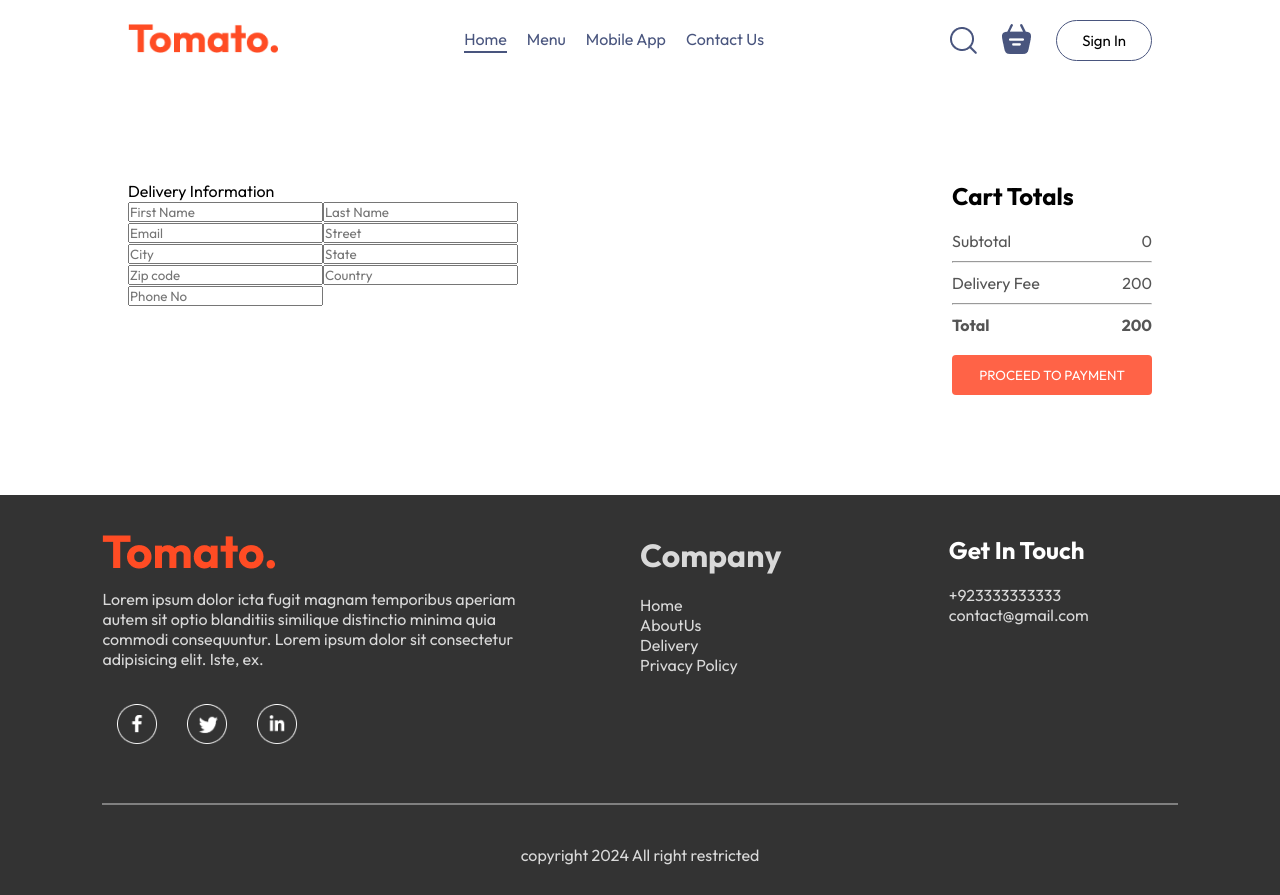
Repository: Attar786/Food-ordering-app
Page: /order (app in frontend/)
The author's editor kept a copy of each file at every save. The page is drawn from the files as they stood at one save, then again after the next save.
The browser window is 1280 px wide. The pictures show the whole page.
The project was rebuilt for these pictures with package versions that can differ from the ones it lists, and the page was loaded fresh each time. Also part of the build but not shown: frontend/vite.config.js, frontend/src/components/Header/Header.css, frontend/src/components/Header/Header.jsx, frontend/src/components/ExploreMenu/ExploreMenu.css, frontend/src/components/ExploreMenu/ExploreMenu.jsx, frontend/src/components/FoodDisplay/FoodDisplay.css, frontend/src/components/FoodItem/FoodItem.css, frontend/src/components/FoodItem/FoodItem.jsx and 7 more.

Above is the page before, as saved 2024-07-30 20:44:08.

### frontend/src/main.jsx
import ReactDOM from 'react-dom/client'
import App from './App.jsx'
import './index.css'
import {BrowserRouter} from 'react-router-dom'
import StoreContextProvider from './context/StoreContext.jsx'
ReactDOM.createRoot(document.getElementById('root')).render(
<BrowserRouter>

<StoreContextProvider>
<App />
</StoreContextProvider>

    </BrowserRouter>
)

### frontend/src/App.jsx
import './index.css'
import Navbar from "./components/Navbar/Navbar"
import Home from './pages/Home/Home'
import Cart from './pages/Cart/Cart'
import PlaceOrder from './pages/PlaceOrder/PlaceOrder'
import { Route, Routes } from 'react-router-dom'
import Footer from './components/Footer/Footer'

import LoginPopup from './components/LoginPopup/LoginPopup'
import { useState } from 'react'
function App() {
  const [showLogin, setShowLogin] = useState(false);

  return (
    <>
  {showLogin?<LoginPopup setShowLogin={setShowLogin}/>:<></>}
  <div className='app'>
  <Navbar setShowLogin = {setShowLogin} />
<Routes>
<Route path='/' element={<Home/>}/>
<Route path='/cart' element={<Cart/>}/>
<Route path='/order' element={<PlaceOrder/>}/>
</Routes>
  </div>
  <Footer/>
    </>
  )
}

export default App

### frontend/src/index.css
@import url('https://fonts.googleapis.com/css2?family=Outfit:wght@100..900&display=swap');


*{
margin: 0;
padding: 0;
 box-sizing: border-box;
 font-family: outfit;
 scroll-behavior: smooth;
}
body{
height: 100vh;
}
a{
text-decoration: none;
color : inherit;
}
.app{
    width: 80%;
    margin: auto;
}
@keyframes fadeIn{
    0%{
        opacity: 0;
    }
    100%{
        opacity: 1;
    }
}

### frontend/src/context/StoreContext.jsx
import "./StoreContext.css";
import { createContext,useState } from "react";
import { food_list } from "../assets/assets"; // Ensure this path is correct and food_list is correctly exported

export const StoreContext = createContext(null);

const StoreContextProvider = (props) => {
  const [cartItems, setCartItems] = useState({});

  const addToCart = (itemId) => {
    if (!cartItems[itemId]) {
      setCartItems((prev) => ({ ...prev, [itemId]: 1 }));
    } else {
      setCartItems((prev) => ({ ...prev, [itemId]: prev[itemId] + 1 }));
    }
  };

  const removeFromCart = (itemId) => {
    setCartItems((prev) => {
      const newCount = prev[itemId] - 1;
      if (newCount <= 0) {
        const { [itemId]: _, ...rest } = prev;
        return rest;
      } else {
        return { ...prev, [itemId]: newCount };
      }
    });
  };

  const getTotalCartAmount = () => {
    let totalAmount = 0;
    for (const item in cartItems) {
      if (cartItems[item] > 0) {
        let itemInfo = food_list.find((product)=>product._id === item);
        totalAmount += itemInfo.price * cartItems[item];
      }
    }
    return totalAmount;
  }

  // useEffect(() => {
  //   console.log(cartItems);
  // }, [cartItems]);

  const contextValue = {
    food_list,
    cartItems,
    setCartItems,
    addToCart,
    removeFromCart,
    getTotalCartAmount
  };

  return (
    <StoreContext.Provider value={contextValue}>
      {props.children}
    </StoreContext.Provider>
  );
};

export default StoreContextProvider;

### frontend/src/components/Navbar/Navbar.jsx
import { useContext, useState } from 'react';
import './Navbar.css';
import { assets } from '../../assets/assets';
import { Link } from 'react-router-dom'
import { StoreContext } from '../../context/StoreContext';
const Navbar = ({setShowLogin}) => {
  const [menu, setMenu] = useState("home");
  const { getTotalCartAmount}= useContext(StoreContext);
  const handleMenuClick = (menuItem) => {
    setMenu(menuItem);
  };

  return (
<>
<div className="navbar">
    <Link to='/'> <img src={assets.logo} alt="Logo" className="logo" /></Link>
      <ul className="navbar-menu">
        <Link to='/' onClick={() => handleMenuClick("home")} className={menu === "home" ? "active" : ""}>Home</Link>
        <a href='#explore-menu' onClick={() => handleMenuClick("menu")} className={menu === "menu" ? "active" : ""}>Menu</a>
        <a href='#app-download' onClick={() => handleMenuClick("mobile-app")} className={menu === "mobile-app" ? "active" : ""}>Mobile App</a>
        <a href='#footer' onClick={() => handleMenuClick("contact-us")} className={menu === "contact-us" ? "active" : ""}>Contact Us</a>
      </ul>
      <div className="navbar-right">
        <img src={assets.search_icon} alt="search-icon" />
        <div>
         <Link to='/cart'> <img src={assets.basket_icon} alt="icons" /></Link>
          <div className={getTotalCartAmount()===0?"":"dot" }></div>
        </div>
        <button onClick={()=>setShowLogin(true)} >Sign In</button>

      </div>

    </div>

</>
  );
}


export default Navbar;

### frontend/src/pages/PlaceOrder/PlaceOrder.jsx
import { useContext } from 'react'
import './PlaceOrder.css'
import { StoreContext } from '../../context/StoreContext'
const PlaceOrder = () => {
  const {getTotalCartAmount} = useContext(StoreContext);

  return (

<form className='place-order'>
  <div className="place-order-left">
    <p className="title">Delivery Information</p>
    <div className="multi-fields">
      <input type="text"  placeholder = "First Name" />
      <input type="text" placeholder = "Last Name" />
    </div>
    <input type='email' placeholder='Email' />
    <input type='email' placeholder='Street' />
    <div className="multi-fields">
      <input type="text"  placeholder = "City" />
      <input type="text" placeholder = "State" />
    </div>
    <div className="multi-fields">
      <input type="text"  placeholder = "Zip code" />
      <input type="text" placeholder = "Country" />
    </div>
    <input type="text" placeholder='Phone No' />
    </div>
    <div className="place-order-right">
    <div className="cart-total">
            <h2>Cart Totals</h2>

          <div>
            <div className="cart-total-details">
              <p>Subtotal</p>
              <p>{getTotalCartAmount()}</p>
            </div>
            <hr />
            <div className="cart-total-details">
              <p>Delivery Fee</p>
              <p>{200}</p>
            </div>
            <hr />
            <div className="cart-total-details">
              <b>Total</b>
              <b>{getTotalCartAmount()+200}</b>
            </div>
          </div>
          <button>PROCEED TO PAYMENT</button>
          </div>
    </div>
</form>
  )
}

export default PlaceOrder

### frontend/src/components/Footer/Footer.jsx
import "./Footer.css"
import { assets } from "../../assets/assets"
const Footer = () => {
  return (
    <div className="footer" id="footer">
<div className="footer-content">
    <div className="footer-content-left">
        <img src={assets.logo} alt="fsf" />
    <p>  Lorem ipsum dolor icta fugit magnam temporibus aperiam autem sit optio blanditiis similique distinctio minima quia commodi consequuntur. Lorem ipsum dolor sit consectetur adipisicing elit. Iste, ex.</p>
    <div className="footer-social-icons">
        <img src={assets.facebook_icon} alt="" />
        <img src={assets.twitter_icon} alt="" />
        <img src={assets.linkedin_icon} alt="" />
    </div>

    </div>
    <div className="footer-content-center">
    <h1>Company</h1>
        <ul>
        <li>Home</li>
        <li>AboutUs</li>
        <li>Delivery</li>
        <li>Privacy Policy</li>
        </ul>
    </div>
    <div className="footer-content-right">
        <h2>Get In Touch</h2>
        <ul>
            <li>
                +923333333333
            </li>
            <li>
                contact@gmail.com
            </li>
        </ul>
    </div>
</div>
<hr/>
<p className="footer-copyright">
copyright 2024 All right restricted
</p>

    </div>
  )
}

export default Footer

### frontend/src/assets/assets.js
import basket_icon from './basket_icon.png'
import logo from './logo.png'
import header_img from './header_img.png'
import search_icon from './search_icon.png'
import menu_1 from './menu_1.png'
import menu_2 from './menu_2.png'
import menu_3 from './menu_3.png'
import menu_4 from './menu_4.png'
import menu_5 from './menu_5.png'
import menu_6 from './menu_6.png'
import menu_7 from './menu_7.png'
import menu_8 from './menu_8.png'

import food_1 from './food_1.png'
import food_2 from './food_2.png'
import food_3 from './food_3.png'
import food_4 from './food_4.png'
import food_5 from './food_5.png'
import food_6 from './food_6.png'
import food_7 from './food_7.png'
import food_8 from './food_8.png'
import food_9 from './food_9.png'
import food_10 from './food_10.png'
import food_11 from './food_11.png'
import food_12 from './food_12.png'
import food_13 from './food_13.png'
import food_14 from './food_14.png'
import food_15 from './food_15.png'
import food_16 from './food_16.png'
import food_17 from './food_17.png'
import food_18 from './food_18.png'
import food_19 from './food_19.png'
import food_20 from './food_20.png'
import food_21 from './food_21.png'
import food_22 from './food_22.png'
import food_23 from './food_23.png'
import food_24 from './food_24.png'
import food_25 from './food_25.png'
import food_26 from './food_26.png'
import food_27 from './food_27.png'
import food_28 from './food_28.png'
import food_29 from './food_29.png'
import food_30 from './food_30.png'
import food_31 from './food_31.png'
import food_32 from './food_32.png'

import add_icon_white from './add_icon_white.png'
import add_icon_green from './add_icon_green.png'
import remove_icon_red from './remove_icon_red.png'
import app_store from './app_store.png'
import play_store from './play_store.png'
import linkedin_icon from './linkedin_icon.png'
import facebook_icon from './facebook_icon.png'
import twitter_icon from './twitter_icon.png'
import cross_icon from './cross_icon.png'
import selector_icon from './selector_icon.png'
import rating_starts from './rating_starts.png'
import profile_icon from './profile_icon.png'
import bag_icon from './bag_icon.png'
import logout_icon from './logout_icon.png'
import parcel_icon from './parcel_icon.png'

export const assets = {
    logo,
    basket_icon,
    header_img,
    search_icon,
    rating_starts,
    add_icon_green,
    add_icon_white,
    remove_icon_red,
    app_store,
    play_store,
    linkedin_icon,
    facebook_icon,
    twitter_icon,
    cross_icon,
    selector_icon,
    profile_icon,
    logout_icon,
    bag_icon,
    parcel_icon
}

export const menu_list = [
    {
        menu_name: "Salad",
        menu_image: menu_1
    },
    {
        menu_name: "Rolls",
        menu_image: menu_2
    },
    {
        menu_name: "Deserts",
        menu_image: menu_3
    },
    {
        menu_name: "Sandwich",
        menu_image: menu_4
    },
    {
        menu_name: "Cake",
        menu_image: menu_5
    },
    {
        menu_name: "Pure Veg",
        menu_image: menu_6
    },
    {
        menu_name: "Pasta",
        menu_image: menu_7
    },
    {
        menu_name: "Noodles",
        menu_image: menu_8
    }]

export const food_list = [
    {
        _id: "1",
        name: "Greek salad",
        image: food_1,
        price: 120,
        description: "Food provides essential nutrients for overall health and well-being",
        category: "Salad"
    },
    {
        _id: "2",
        name: "Veg salad",
        image: food_2,
        price: 180,
        description: "Food provides essential nutrients for overall health and well-being",
        category: "Salad"
    }, {
        _id: "3",
        name: "Clover Salad",
        image: food_3,
        price: 160,
        description: "Food provides essential nutrients for overall health and well-being",
        category: "Salad"
    }, {
        _id: "4",
        name: "Chicken Salad",
        image: food_4,
        price: 240,
        description: "Food provides essential nutrients for overall health and well-being",
        category: "Salad"
    }, {
        _id: "5",
        name: "Lasagna Rolls",
        image: food_5,
        price: 350,
        description: "Food provides essential nutrients for overall health and well-being",
        category: "Rolls"
    }, {
        _id: "6",
        name: "Peri Peri Rolls",
        image: food_6,
        price: 400,
        description: "Food provides essential nutrients for overall health and well-being",
        category: "Rolls"
    }, {
        _id: "7",
        name: "Chicken Rolls",
        image: food_7,
        price: 600,
        description: "Food provides essential nutrients for overall health and well-being",
        category: "Rolls"
    }, {
        _id: "8",
        name: "Veg Rolls",
        image: food_8,
        price: 250,
        description: "Food provides essential nutrients for overall health and well-being",
        category: "Rolls"
    }, {
        _id: "9",
        name: "Ripple Ice Cream",
        image: food_9,
        price: 400,
        description: "Food provides essential nutrients for overall health and well-being",
        category: "Deserts"
    }, {
        _id: "10",
        name: "Fruit Ice Cream",
        image: food_10,
        price: 450,
        description: "Food provides essential nutrients for overall health and well-being",
        category: "Deserts"
    }, {
        _id: "11",
        name: "Jar Ice Cream",
        image: food_11,
        price: 1000,
        description: "Food provides essential nutrients for overall health and well-being",
        category: "Deserts"
    }, {
        _id: "12",
        name: "Vanilla Ice Cream",
        image: food_12,
        price: 700,
        description: "Food provides essential nutrients for overall health and well-being",
        category: "Deserts"
    },
    {
        _id: "13",
        name: "Chicken Sandwich",
        image: food_13,
        price: 580,
        description: "Food provides essential nutrients for overall health and well-being",
        category: "Sandwich"
    },
    {
        _id: "14",
        name: "Vegan Sandwich",
        image: food_14,
        price: 400,
        description: "Food provides essential nutrients for overall health and well-being",
        category: "Sandwich"
    }, {
        _id: "15",
        name: "Grilled Sandwich",
        image: food_15,
        price: 900,
        description: "Food provides essential nutrients for overall health and well-being",
        category: "Sandwich"
    }, {
        _id: "16",
        name: "Bread Sandwich",
        image: food_16,
        price: 700,
        description: "Food provides essential nutrients for overall health and well-being",
        category: "Sandwich"
    }, {
        _id: "17",
        name: "Cup Cake",
        image: food_17,
        price: 300,
        description: "Food provides essential nutrients for overall health and well-being",
        category: "Cake"
    }, {
        _id: "18",
        name: "Vegan Cake",
        image: food_18,
        price: 400,
        description: "Food provides essential nutrients for overall health and well-being",
        category: "Cake"
    }, {
        _id: "19",
        name: "Butterscotch Cake",
        image: food_19,
        price: 350,
        description: "Food provides essential nutrients for overall health and well-being",
        category: "Cake"
    }, {
        _id: "20",
        name: "Sliced Cake",
        image: food_20,
        price: 450,
        description: "Food provides essential nutrients for overall health and well-being",
        category: "Cake"
    }, {
        _id: "21",
        name: "Garlic Mushroom ",
        image: food_21,
        price:650,
        description: "Food provides essential nutrients for overall health and well-being",
        category: "Pure Veg"
    }, {
        _id: "22",
        name: "Fried Cauliflower",
        image: food_22,
        price: 800,
        description: "Food provides essential nutrients for overall health and well-being",
        category: "Pure Veg"
    }, {
        _id: "23",
        name: "Mix Veg Pulao",
        image: food_23,
        price: 900,
        description: "Food provides essential nutrients for overall health and well-being",
        category: "Pure Veg"
    }, {
        _id: "24",
        name: "Rice Zucchini",
        image: food_24,
        price: 650,
        description: "Food provides essential nutrients for overall health and well-being",
        category: "Pure Veg"
    },
    {
        _id: "25",
        name: "Cheese Pasta",
        image: food_25,
        price: 1050,
        description: "Food provides essential nutrients for overall health and well-being",
        category: "Pasta"
    },
    {
        _id: "26",
        name: "Tomato Pasta",
        image: food_26,
        price: 950,
        description: "Food provides essential nutrients for overall health and well-being",
        category: "Pasta"
    }, {
        _id: "27",
        name: "Creamy Pasta",
        image: food_27,
        price: 799,
        description: "Food provides essential nutrients for overall health and well-being",
        category: "Pasta"
    }, {
        _id: "28",
        name: "Chicken Pasta",
        image: food_28,
        price: 950,
        description: "Food provides essential nutrients for overall health and well-being",
        category: "Pasta"
    }, {
        _id: "29",
        name: "Buttter Noodles",
        image: food_29,
        price: 350,
        description: "Food provides essential nutrients for overall health and well-being",
        category: "Noodles"
    }, {
        _id: "30",
        name: "Veg Noodles",
        image: food_30,
        price: 250,
        description: "Food provides essential nutrients for overall health and well-being",
        category: "Noodles"
    }, {
        _id: "31",
        name: "Somen Noodles",
        image: food_31,
        price: 300,
        description: "Food provides essential nutrients for overall health and well-being",
        category: "Noodles"
    }, {
        _id: "32",
        name: "Cooked Noodles",
        image: food_32,
        price: 350,
        description: "Food provides essential nutrients for overall health and well-being",
        category: "Noodles"
    }
]

### frontend/src/components/Navbar/Navbar.css
.navbar{
    padding: 20px 0;
    display: flex;
    justify-content: space-between;
    align-items: center;
}
.navbar .logo{
    width: 150px;
}
.navbar-menu{
    display: flex;
    list-style: none;
    gap: 20px;
    font: 18px;
    color: #49557e;
    cursor: pointer;
}
.navbar-right{
    display: flex;
    align-items: center;
    gap: 25px;

}
.navbar button{
    font-size: 15px;
    border: 1px solid #49557e;
    background: transparent;
    padding: 10px 25px;
    cursor: pointer;
    border-radius: 40px;
    transition: 0.3s;
}
.navbar button:hover{
    background-color: #fff4f2;
}
.navbar .navbar-menu .active{
    padding-bottom: 2px;
    border-bottom: 2px solid #49557e;

}
.search-icon{
    position: relative;
}
/* .search-icon .dot{ */
    /* position: absolute;
    top: -5px;
    right: -5px;
    width: 10px;
    height: 10px;
    background-color: blue;
    border-radius: 50%;
} */
.dot {
    position: absolute;
    top: 17px; /* Adjust as needed */
    right: 268px; /* Adjust as needed */
    width: 10px;
    height: 10px;
    background-color: tomato;
    border-radius: 50%;}

    @media (max-width: 1050px)
    {
        .navbar .logo{
            width: 140px;
        }
        .navbar-menu{
            gap: 20px;
            font-size: 17px;
        }
        .nav-right {
            gap: 30px;
        };
        .navbar-right img{
            width: 22px;
        }
        .navbar-right button{
            padding: 8px 25px;
        };

    }

    @media (max-width: 900px)
    {
        .navbar .logo{
            width: 100px;
        }
        .navbar-menu{
            gap: 10px;
            font-size: 16px;
        }
        .Nav-right {
            gap: 20px;
        }
        .navbar-right img{
            width: 17px;

        }
        .navbar-right button{
            padding: 7px 15px;
            font-size: 10px;
        }
    }

    @media (max-width: 750px)
    {

        .navbar-menu{
            display: none;;
        }
    }

### frontend/src/pages/Cart/Cart.css
.Cart{
    margin-top: 100px;;
}
.cart-items-title{
    display: grid;
    grid-template-columns:  1fr 1.5fr 1fr 1fr 1fr 0.5fr;
    align-items: center;
    color: gray;
    font-size: max(1vw, 12px);
}
.cart-item-item{
    margin: 10px;
    color:black;
}
.cart-item-item img{
    width: 50px;
    /* border-radius: px; */
    border: 1px solid black;
}
.Cart hr{
    height: 1px;
    background-color: #e2e2e2;
    border: none;
}
.cross{
    cursor: pointer;;
}
.cart-bottom{
    margin-top: 100px;
    display: flex;
justify-content: space-between;
gap: max(12vw,20px);
}

.cart-total{
    flex: 1;
    display: flex;
    flex-direction: column;
    gap: 20px;
}
.cart-total-details{
    display: flex;
    justify-content: space-between;
    color:#555;

}
.cart-total hr{
    margin: 10px 0px;
}
.cart-total button{
    color: white;
    background-color: tomato;
    border: none;
    width: max(15vw, 200px);
    border-radius: 4px;
    padding: 12px 0px;
    cursor: pointer;
}
.cart-promocode{
    flex: 1;
}
.cart-promocode p{
    color: #555;
}
.cart-promocode-input{
    margin-top: 10px;
    display: flex;
    justify-content: space-between;
    align-items: center;
    background-color: #eaeaea;

}
.cart-promocode-input input{
    border: none;
    background: transparent;
    outline: none;
    padding-left: 10px;
}
.cart-promocode-input button{
    width: max(12px, 150px);
    padding: 12px 5px;
    background-color: black;
    color: white;
    border: none;
    border-radius: 4px
}

@media (max-width:750px)
{
    .cart-bottom{
        flex-direction: column-reverse;
    }
    .cart-promocode{
        justify-content: start;
    }
}

### frontend/src/pages/PlaceOrder/PlaceOrder.css
.place-order{
    display: flex;
    /* align-items: start; */
    justify-content: space-between;
    gap: 50px;
    margin-top: 100px;

}

.place-order-left{
    width: 100%;
    max-width: max(30%,500px);
}

### frontend/src/components/Footer/Footer.css
.footer {
    color: #d9d9d9;
    background-color: hsl(0, 0%, 20%);
    display: flex;
    flex-direction: column;
    align-items: center;
    gap: 20px;
    padding: 30px 8vw; /* Fixed padding syntax */
    padding-top: 40px;
    margin-top: 100px;
}

.footer-content {
    width: 100%;
    display: grid;
    grid-template-columns: 2fr 1fr 1fr;
    gap: 80px;
}

.footer-content-left, .footer-content-center, .footer-content-right {
    display: flex;
    flex-direction: column;
    align-items: start;
    gap: 20px;
}

.footer-content-left li, .footer-content-center li, .footer-content-right li {
    list-style: none;
    cursor: pointer;
}
.footer-content-center h2, .footer-content-right h2 {
    color: white;
}
.footer-social-icons img {
width: 40px;
margin: 15px;
}
.footer-social-icons img:hover {
    width: 40px;
    margin: 15px;
    }
.footer hr{
    width: 100%;
    height: 2px;
    margin: 20px 0;
    background-color : gray;
    border: none;
}
@media (max-width: 1050px) {
    .footer-content{
        display: flex;
        flex-direction:column;
        gap: 35px;
    }
    .footer-copyright{
        text-align: center;
}
}

Loaded but not shown: frontend/index.html (common file); frontend/src/context/StoreContext.css (no stored copy; drawn as an empty file); frontend/src/pages/Home/Home.css (no stored copy; drawn as an empty file)

After the next save:
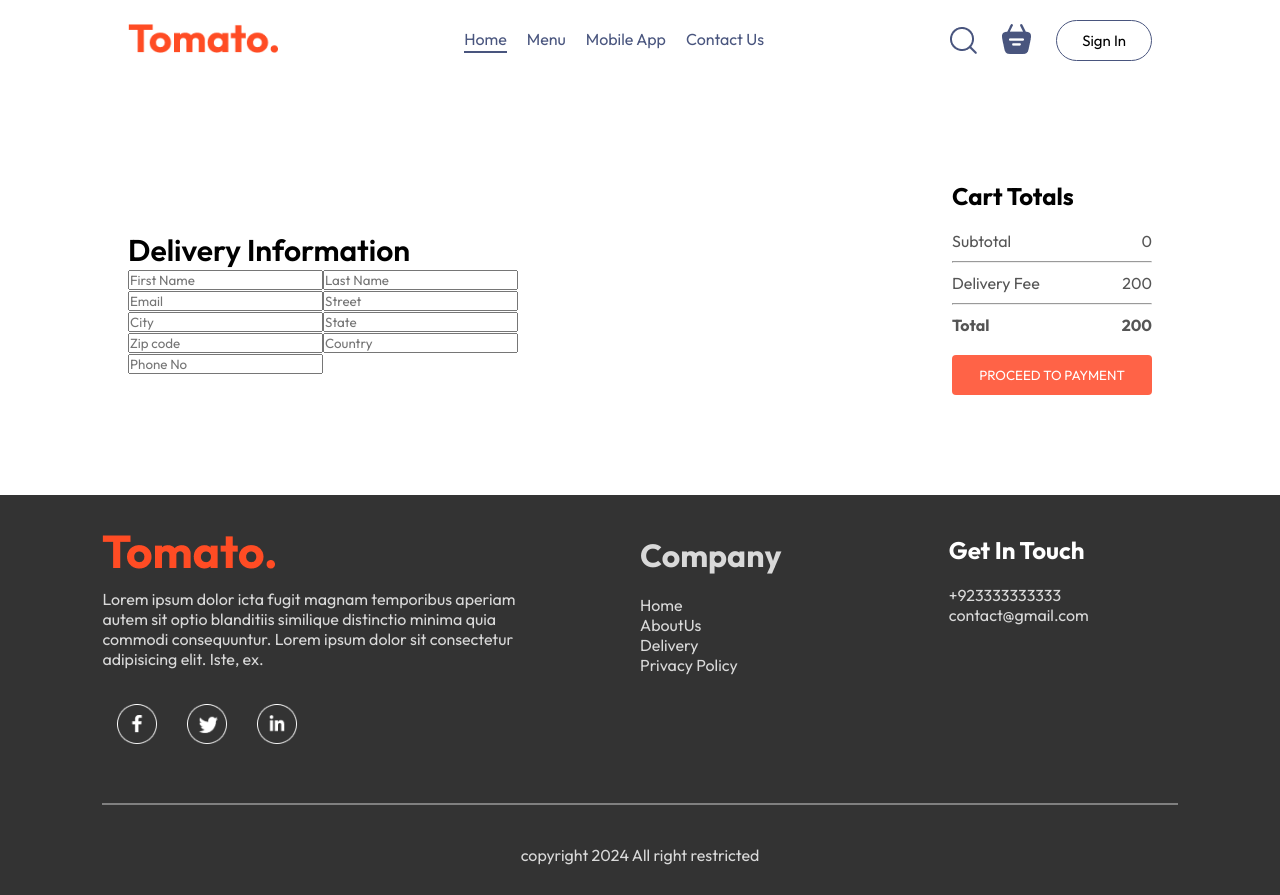
Saved 53 s later.
--- a/frontend/src/pages/PlaceOrder/PlaceOrder.css
+++ b/frontend/src/pages/PlaceOrder/PlaceOrder.css
@@ -11,3 +11,8 @@
     width: 100%;
     max-width: max(30%,500px);
 }
+.place-order-left .title{
+    font-size: 30px;
+    font-weight: 600;
+    margin-top: 50px;
+}
